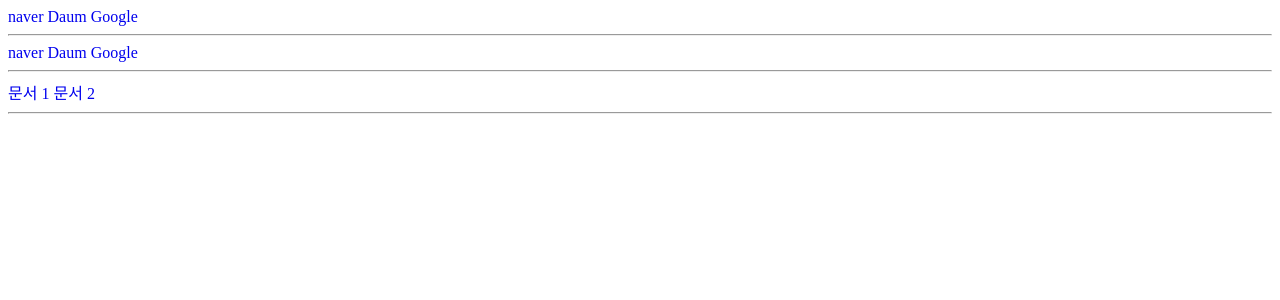
Repository: Kebiskim/2023_WebStudy
Page: 01_01_html/src/main/webapp/day02/Ex01_link.html
An editor plug-in stored every save of this project. The page is shown before and after a run of saves, followed by the edit.
The browser window is 1280 px wide. The pictures show the whole page.

Above is the page before, as saved 2023-06-20 01:03:40.

### 01_01_html/src/main/webapp/day02/Ex01_link.html
<!DOCTYPE html>
<html>
<head>
<meta charset="UTF-8">
<title>a 태그</title>
<style type="text/css">
	a{
		text-decoration: none;
	}

</style>

</head>
<body>
<!--
	a: 링크태그
	<a href="url" target="value"> 텍스트 </a>
		- href = #은 현재문서를 뜻한다.
		- target = "_blank" (새창)
				   "_self(default, 자기자신)
				   "_parents"(부모창)"
				   name(같은 페이지에서 name을 지정한 위치를 말한다.)
 -->
 <!-- 톰캣 startup.bat 안켜도 실행 정상적으로 된다. -->
 <a href="https://www.naver.com">naver</a>
 <a href="https://www.daum.net">Daum</a>
 <a href="https://www.google.com">Google</a>
 <hr>

 <a href="https://www.naver.com" target="_blank">naver</a>
 <a href="https://www.daum.net" target="_blank">Daum</a>
 <a href="https://www.google.com" target="_blank">Google</a>
 <hr>
 <!-- 현재 프로젝트 문서 연결 -->
 <!-- 상대주소 (현재 내 위치 기준) -->
 <!-- ../는 한개 빠져나옴, 대소문자 구분해야 함!! -->
 <a href="../day01/Ex06_Colors.html">문서 1</a>
 <!-- 절대주소 (root부터 시작, /로 시작해서 오는 것은 무조건 상대주소!!) -->
 <a href="/01_01_html/day01/Ex06_Colors.html">문서 2</a>
 <hr>

</body>
</html>

After the next 2 saves:
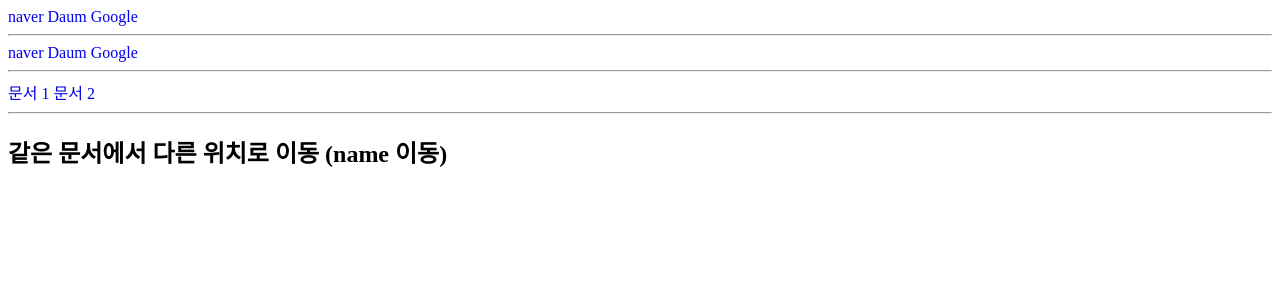
The 2 saves are shown as one change because they came seconds apart.
The last was saved 35 s later.
--- a/01_01_html/src/main/webapp/day02/Ex01_link.html
+++ b/01_01_html/src/main/webapp/day02/Ex01_link.html
@@ -39,5 +39,8 @@
  <a href="/01_01_html/day01/Ex06_Colors.html">문서 2</a>
  <hr>
 
+ <h2>같은 문서에서 다른 위치로 이동 (name 이동)</h2>
+
+
 </body>
 </html>
